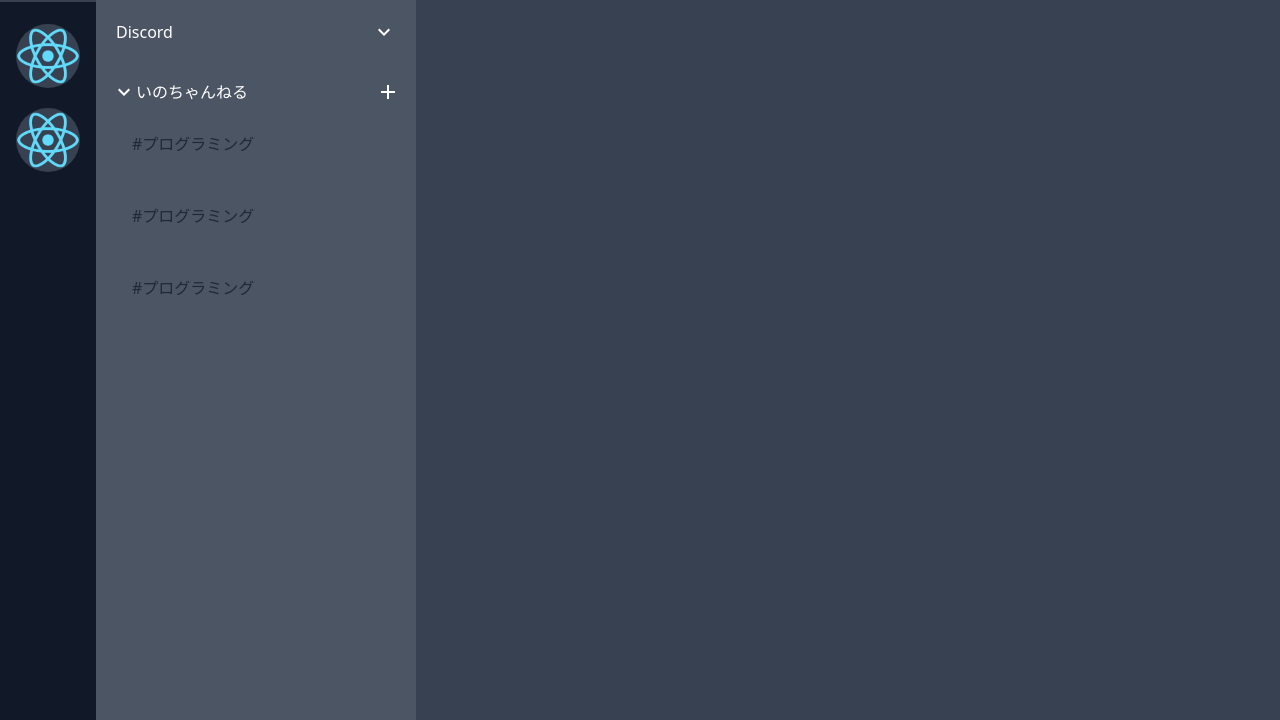
Repository: koheiino/discord-clone
Page: /
These files come from the project's save history. The page is drawn as it stood at one moment and after the next save; the edit follows.
The browser window is 1280 px wide. The pictures show the whole page.
The project was rebuilt for these pictures with package versions that can differ from the ones it lists, and the page was loaded fresh each time. Also part of the build but not shown: src/App.css.

Above is the page before, as saved 2023-04-05 23:47:50.

After the next save:
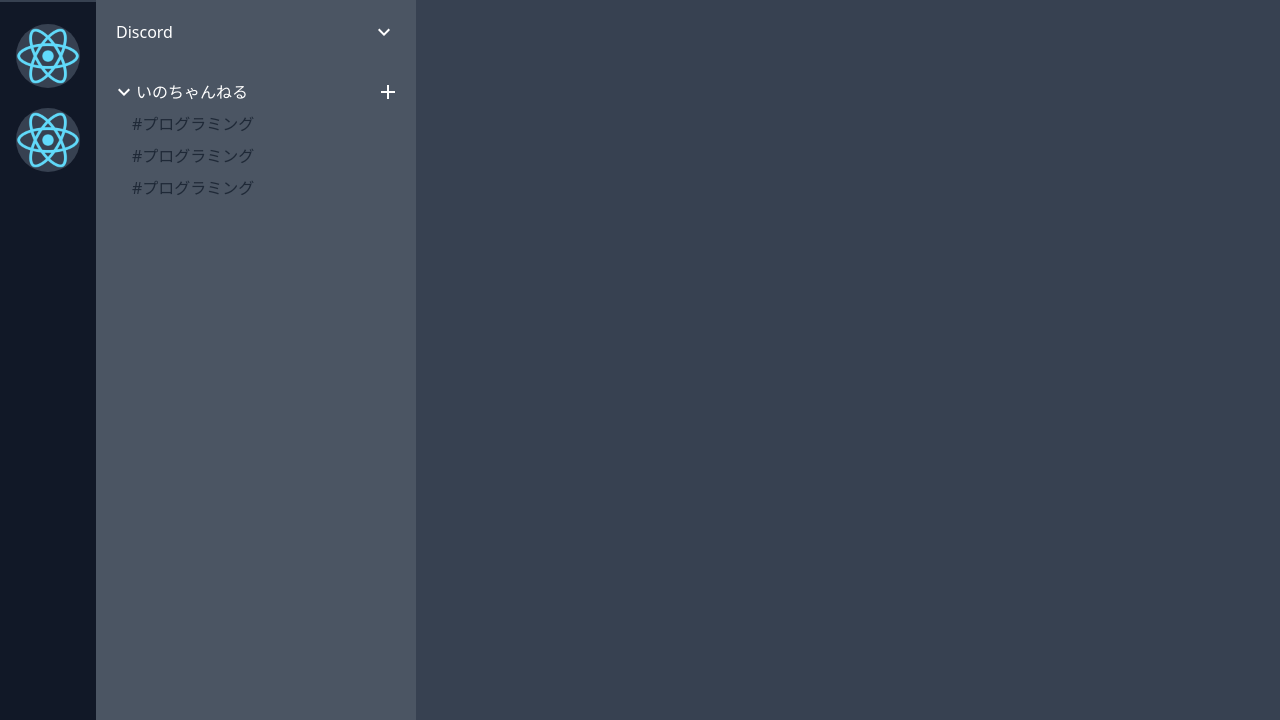
Saved 69 s later.
--- a/src/components/SidebarChannnel.tsx
+++ b/src/components/SidebarChannnel.tsx
@@ -3,7 +3,7 @@
 const SidebarChannnel = () => {
   return (
     <div>
-      <div className="sidebarChannel p-5">
+      <div className="sidebarChannel pl-5">
         <h4 className='text-gray-800 flex items-center p-1 cursor-pointer'>
             <span className="sidebarChannelHash">
                 #
